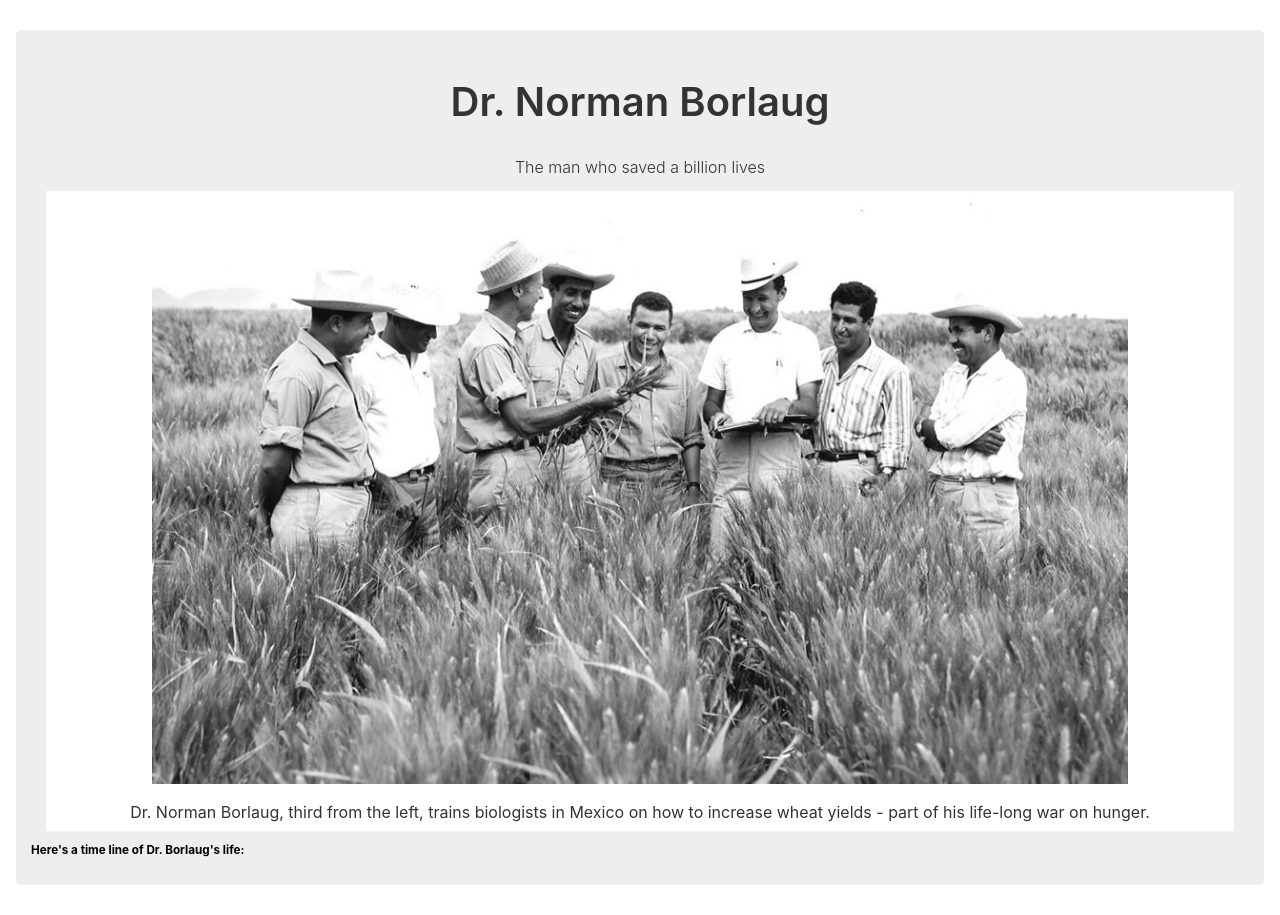
Repository: HTDuy01/github-demo
Page: freecodecamp/index.html
An editor plug-in stored every save of this project. The page is shown before and after the next save, followed by the edit.
The browser window is 1280 px wide. The pictures show the whole page.

Above is the page before, as saved 2021-11-17 20:29:13.

### freecodecamp/index.html
<!DOCTYPE html>
<html lang="en">
<head>
    <meta charset="UTF-8">
    <meta http-equiv="X-UA-Compatible" content="IE=edge">
    <meta name="viewport" content="width=device-width, initial-scale=1.0">
    <title>Document</title>
    <link rel="stylesheet" href="/assets/css/style.css">
    <link rel="stylesheet" href="/assets/css/base.css">
</head>
<body>
    <div class="main">
        <header id="title">
            <h1 class="heading">Dr. Norman Borlaug</h1>
            <p class="sub-heading">The man who saved a billion lives</p>
        </header>

        <div id="img-div">
            <img src="/assets/img/tribute-page-main-image.jpg" alt="" class="img">
            <p class="content-img">Dr. Norman Borlaug, third from the left, trains biologists in Mexico on how to increase wheat yields - part of his life-long war on hunger.</p>
        </div>

        <div class="content">
            <h3 class="content-heading">Here's a time line of Dr. Borlaug's life:</h3>
        </div>

        <footer class="footer">

        </footer>
    </div>
</body>
</html>

### freecodecamp/assets/css/style.css
.main {
    background-color: #eee;
    margin: 30px 8px;
    padding: 15px;
    border-radius: 5px;
}

/* header */
#title {
    text-align: center;
}

.heading {
    color: var(--color-header);
    font-size: 4rem;
    font-weight: 600;
    margin-top: 27px;
    line-height: 60px;
}

.sub-heading {
    font-size: 1.6rem;
    color: var(--color-header);
    font-weight: 300;
}

/* Bener */
#img-div {
    height: 640px;
    background-color: #fff;
    margin: 0 15px;
    text-align: center;
}

.img {
    width: 976px;
    height: 593px;
}

.content-img {
    font-size: 1.6rem;
    color: var(--color-header);
    font-weight: 400;
}

### freecodecamp/assets/css/base.css

* {
    box-sizing: inherit;
}

html {
    font-size: 62.5%;
    line-height: 1.6rem;
    font-family: -apple-system, BlinkMacSystemFont, 'Segoe UI', 'Roboto', 'Helvetica Neue', Arial, sans-serif;
    box-sizing: border-box;
}

:root {
    --color-header:#333;
}

After the next save:
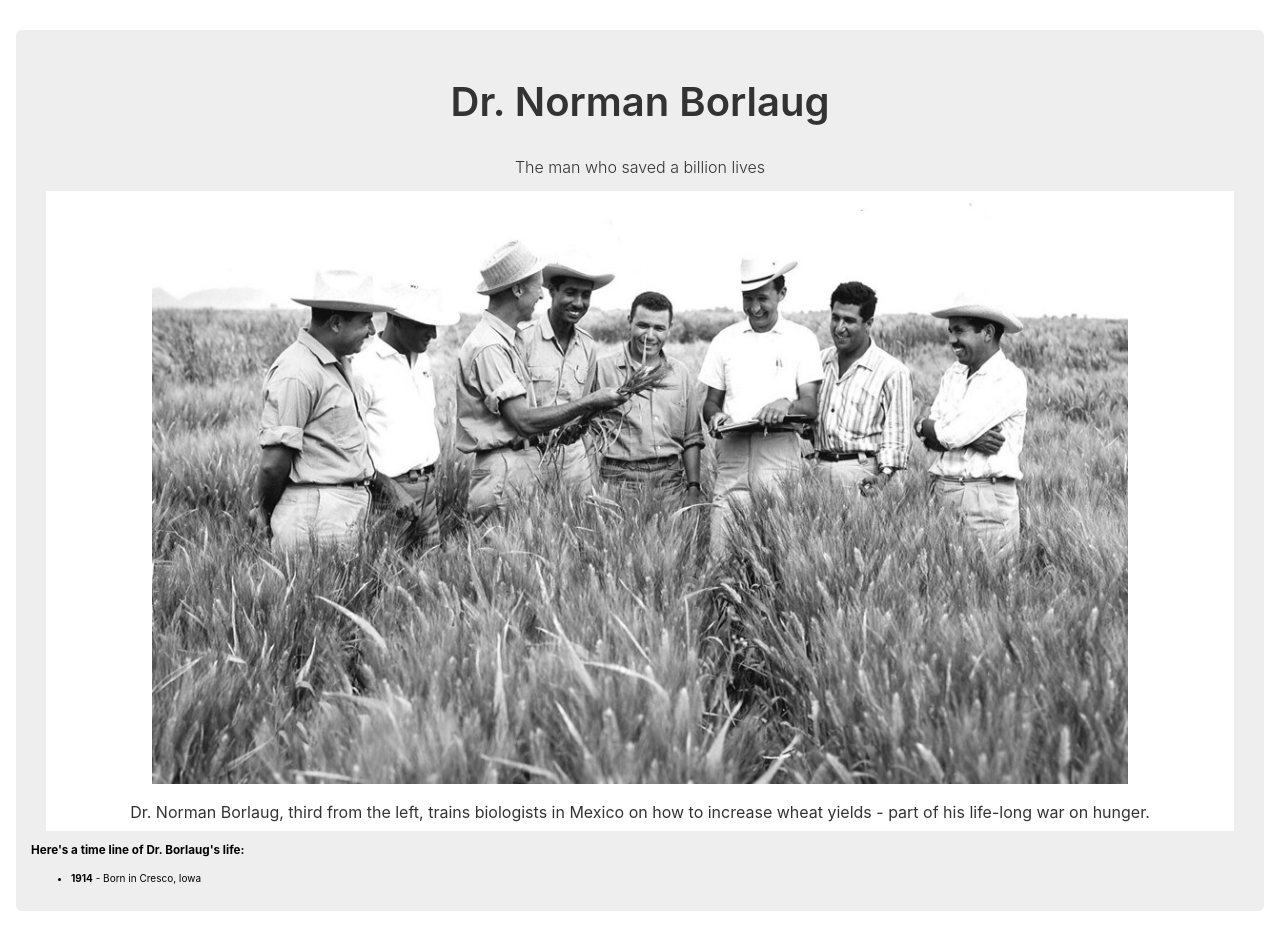
Saved 4 min 51 s later.
--- a/freecodecamp/index.html
+++ b/freecodecamp/index.html
@@ -22,6 +22,12 @@
 
         <div class="content">
             <h3 class="content-heading">Here's a time line of Dr. Borlaug's life:</h3>
+            <ul class="content-list">
+                <li class="content-item">
+                    <strong>1914</strong>
+                     - Born in Cresco, Iowa
+                </li>
+            </ul>
         </div>
 
         <footer class="footer">
